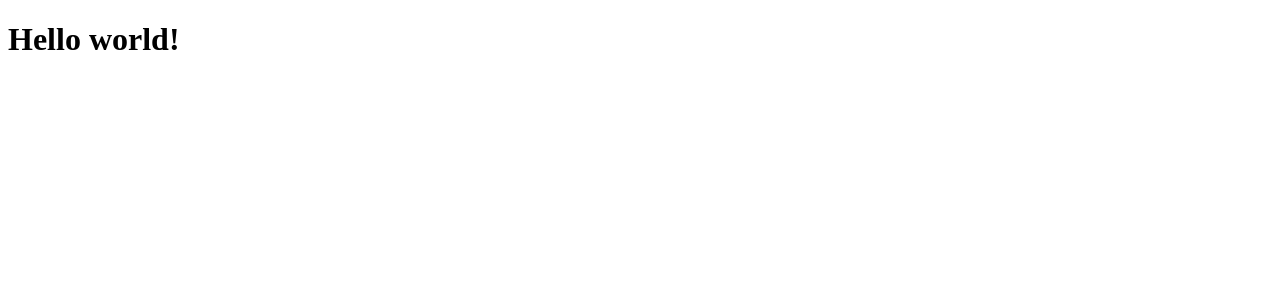
Repository: Kruthardh11/qr-code-component
Page: public/index.html
The author's editor kept a copy of each file at every save. The page is drawn from the files as they stood at one save, then again after the next save.
The browser window is 1280 px wide. The pictures show the whole page.

Above is the page before, as saved 2023-05-03 21:42:13.

### public/index.html
<!doctype html>
<html>
<head>
  <meta charset="UTF-8">
  <meta name="viewport" content="width=device-width, initial-scale=1.0">
  <link href="styles.css" rel="stylesheet">
</head>
<body>
  <h1 class="header">
    Hello world!
  </h1>
</body>
</html>

### public/styles.css
body{
  background-color:
}

After the next save:
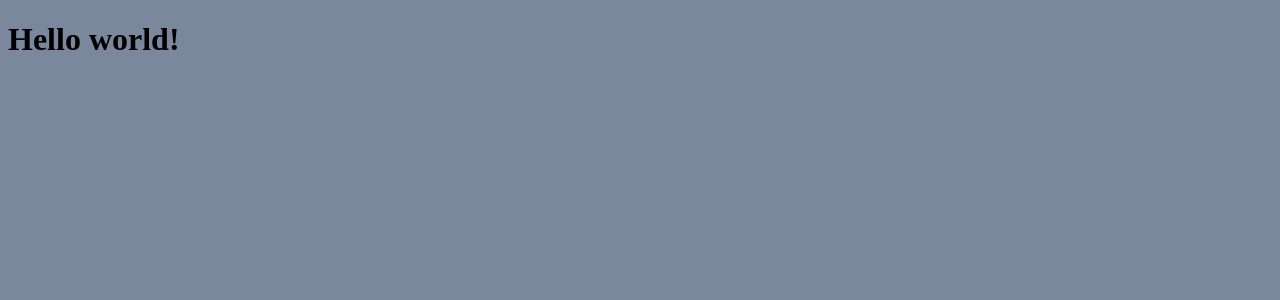
Saved 37 s later.
--- a/public/styles.css
+++ b/public/styles.css
@@ -1,3 +1,3 @@
 body{
-  background-color:
+  background-color: hsl(220, 15%, 55%);
 }
